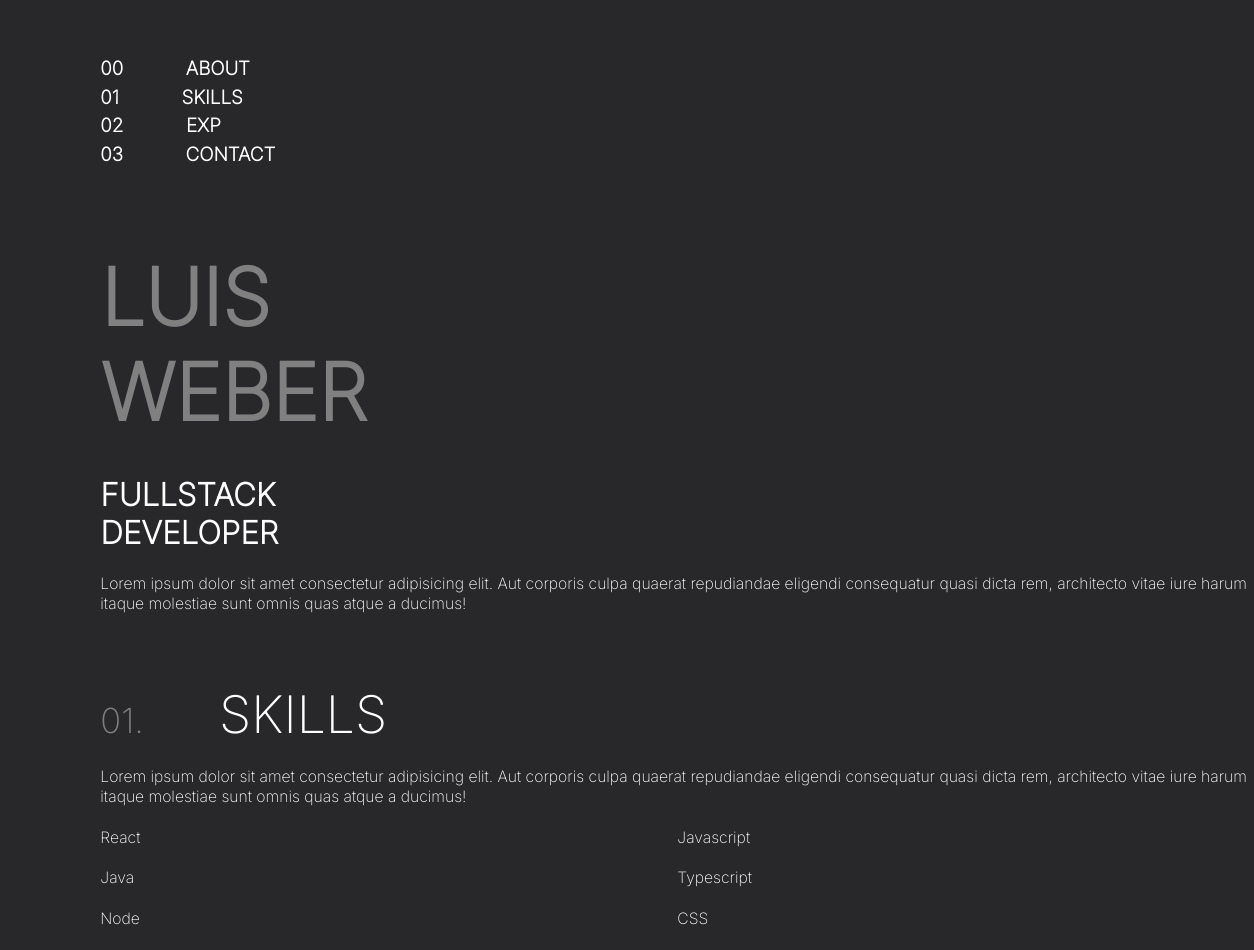
Repository: luiswh1/Portfolio
Page: /
The author's editor kept a copy of each file at every save. The page is drawn from the files as they stood at one save, then again after the next save.
The browser window is 1280 px wide. The pictures show the whole page, at 98% of full size.
The project was rebuilt for these pictures with package versions that can differ from the ones it lists, and the page was loaded fresh each time.

Above is the page before, as saved 2023-05-28 15:23:36.

### public/index.html
<!DOCTYPE html>
<html lang="en">
  <head>
    <meta charset="utf-8" />
    <link rel="icon" href="%PUBLIC_URL%/favicon.ico" />
    <meta name="viewport" content="width=device-width, initial-scale=1" />
    <meta name="theme-color" content="#000000" />
    <meta
      name="description"
      content="Web site created using create-react-app"
    />
    <link rel="apple-touch-icon" href="%PUBLIC_URL%/logo192.png" />
    <!--
      manifest.json provides metadata used when your web app is installed on a
      user's mobile device or desktop. See https://developers.google.com/web/fundamentals/web-app-manifest/
    -->
    <link rel="manifest" href="%PUBLIC_URL%/manifest.json" />
    <!--
      Notice the use of %PUBLIC_URL% in the tags above.
      It will be replaced with the URL of the `public` folder during the build.
      Only files inside the `public` folder can be referenced from the HTML.

      Unlike "/favicon.ico" or "favicon.ico", "%PUBLIC_URL%/favicon.ico" will
      work correctly both with client-side routing and a non-root public URL.
      Learn how to configure a non-root public URL by running `npm run build`.
    -->

    <link rel="preconnect" href="https://fonts.googleapis.com">
    <link rel="preconnect" href="https://fonts.gstatic.com" crossorigin>
    <link href="https://fonts.googleapis.com/css2?family=Inter:wght@200&family=Poppins:wght@200;300&display=swap" rel="stylesheet">
    <title>React App</title>
  </head>
  <body>
    <noscript>You need to enable JavaScript to run this app.</noscript>
    <div id="root"></div>
    <!--
      This HTML file is a template.
      If you open it directly in the browser, you will see an empty page.

      You can add webfonts, meta tags, or analytics to this file.
      The build step will place the bundled scripts into the <body> tag.

      To begin the development, run `npm start` or `yarn start`.
      To create a production bundle, use `npm run build` or `yarn build`.
    -->
  </body>
</html>

### src/index.tsx
import React from 'react';
import ReactDOM from 'react-dom/client';
import App from './App';
import GlobalStyle from './styles/globalStyles';

const root = ReactDOM.createRoot(
  document.getElementById('root') as HTMLElement
);
root.render(
  <React.StrictMode>
    <GlobalStyle />
    <App />
  </React.StrictMode>
);

### src/App.tsx
import React from 'react';
import Home from './Pages/Home';

function App() {
  return (
   <Home />
  );
}

export default App;

### src/styles/globalStyles.tsx
import { createGlobalStyle } from 'styled-components'


const GlobalStyle = createGlobalStyle`
* {
    margin: 0;
    font-family: Inter;
  }

  html, body {
    height: 100%;
    background-color: #28282B;
    color: white;
  }

`

export default GlobalStyle

### src/Pages/Home.tsx
import React from "react";
import {
  Container,
  NameSection,
  StyledName,
  InnerContainer,
  Profession,
  About,
  LabelTitle,
  NumberIndex,
  IndexTitle,
  ListSkills,
  SkillItem,
} from "./HomeStyles";
import IndexList from "../Components/IndexList/IndexList";

const Home = () => {
  return (
    <Container>
      <InnerContainer>
        <IndexList />

        <NameSection>
          <StyledName>
            LUIS <br />
            WEBER
          </StyledName>
        </NameSection>

        <Profession>
          FULLSTACK <br />
          DEVELOPER
        </Profession>

        <About>
          Lorem ipsum dolor sit amet consectetur adipisicing elit. Aut corporis
          culpa quaerat repudiandae eligendi consequatur quasi dicta rem,
          architecto vitae iure harum itaque molestiae sunt omnis quas atque a
          ducimus!
        </About>

        <LabelTitle>
          <NumberIndex>01.</NumberIndex>
          <IndexTitle>SKILLS</IndexTitle>
        </LabelTitle>

        <About>
          Lorem ipsum dolor sit amet consectetur adipisicing elit. Aut corporis
          culpa quaerat repudiandae eligendi consequatur quasi dicta rem,
          architecto vitae iure harum itaque molestiae sunt omnis quas atque a
          ducimus!
        </About>

        <ListSkills>
          <SkillItem>React</SkillItem>
          <SkillItem>Javascript</SkillItem>
          <SkillItem>Java</SkillItem>
          <SkillItem>Typescript</SkillItem>
          <SkillItem>Node</SkillItem>
          <SkillItem>CSS</SkillItem>
        </ListSkills>
      </InnerContainer>
    </Container>
  );
};

export default Home;

### src/Pages/HomeStyles.tsx
import { styled } from "styled-components";

export const Container = styled.div`
  width: 100%;
  height: 100%;
  overflow: hidden;
`;

export const InnerContainer = styled.div`
  margin-left: 8vw;
`;

export const NameSection = styled.div`
  width: 100%;
  height: 100%;
  margin-top: 12vh;
`;

export const StyledName = styled.h1`
  font-size: 5em;
  color: gray;
`;

export const Profession = styled.h1`
margin-top: 5vh;
`

export const About = styled.p`
margin-top: 3vh;
color: white;
`
export const LabelTitle = styled.div`
margin-top: 10vh;
`

export const NumberIndex = styled.span`
  font-size: 2.2em;
  color: gray;
  margin-right: 3vw;
`;

export const IndexTitle = styled.span`
  font-size: 3.3em;
  color: white;
  margin-left: 3vw;
`;

export const ListSkills = styled.div`
margin-top: 3vh;
  display: flex;
  flex-wrap: wrap;
`;

export const SkillItem = styled.span`
  flex-basis: 50%;
  margin-bottom: 3vh;
  color: white;
`;

### src/Components/IndexList/IndexList.tsx
import React from "react";
import { Sections, SectionItem } from "./IndexListStyles";

const IndexList = () => {
  return (
    <>
      <Sections>
        <SectionItem>
          <span>00</span>
          <span>ABOUT</span>
        </SectionItem>
        <SectionItem>
          <span>01</span>
          <span>SKILLS</span>
        </SectionItem>
        <SectionItem>
          <span>02</span>
          <span>EXP</span>
        </SectionItem>
        <SectionItem>
          <span>03</span>
          <span>CONTACT</span>
        </SectionItem>
      </Sections>
    </>
  );
};

export default IndexList;

### src/Components/IndexList/IndexListStyles.tsx
import { styled } from "styled-components";

export const Sections = styled.div`
margin-top: 8vh;
`

export const SectionItem = styled.span`
color: white;
font-size: 1.2rem;
font-weight: bold;
display: block;
span:first-child {
    margin-right: 5vw;
  }
  margin-top: 5px;
`

After the next save:
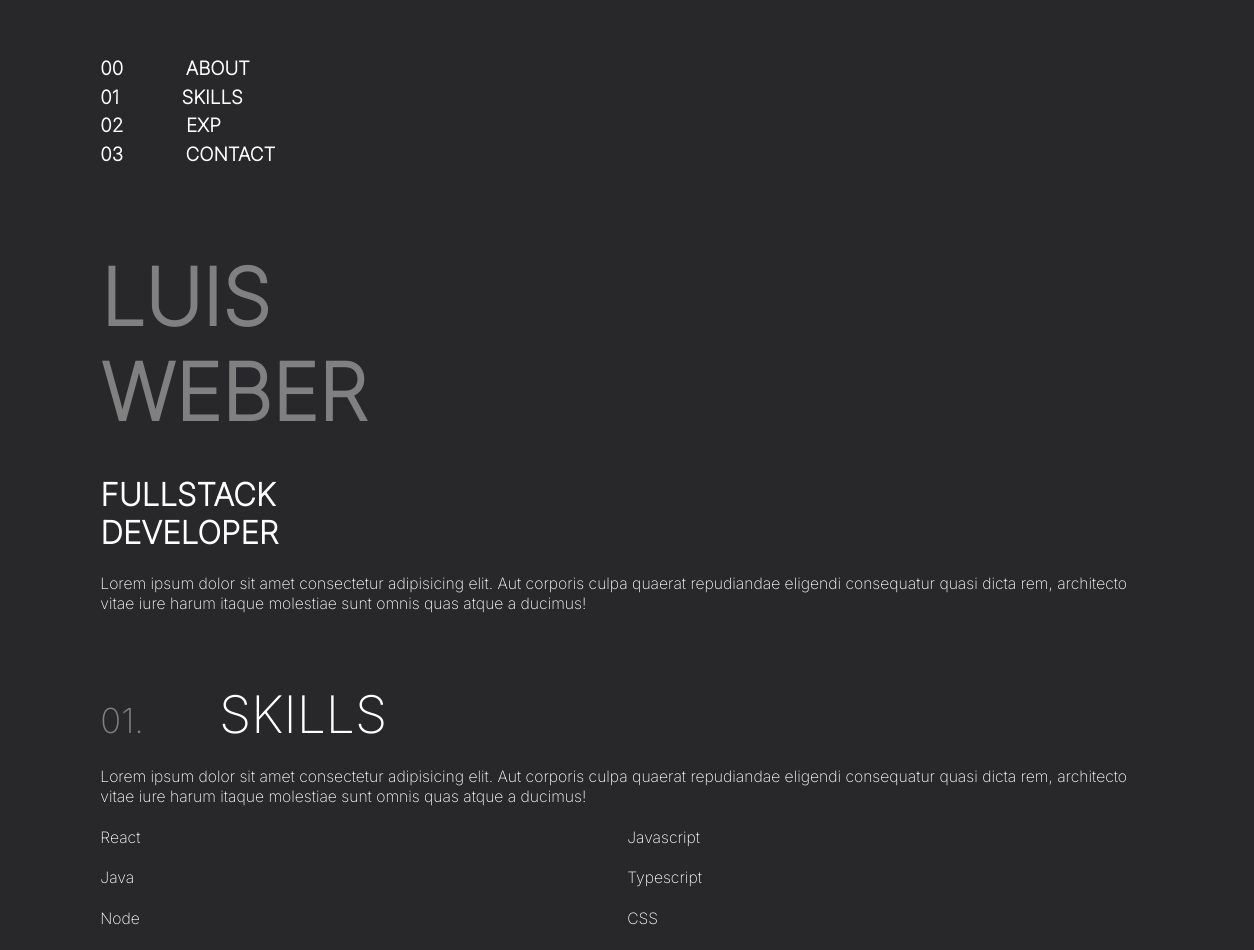
Saved 3 min 11 s later.
--- a/src/Pages/HomeStyles.tsx
+++ b/src/Pages/HomeStyles.tsx
@@ -8,6 +8,7 @@ export const Container = styled.div`
 
 export const InnerContainer = styled.div`
   margin-left: 8vw;
+  margin-right: 8vw;
 `;
 
 export const NameSection = styled.div`
